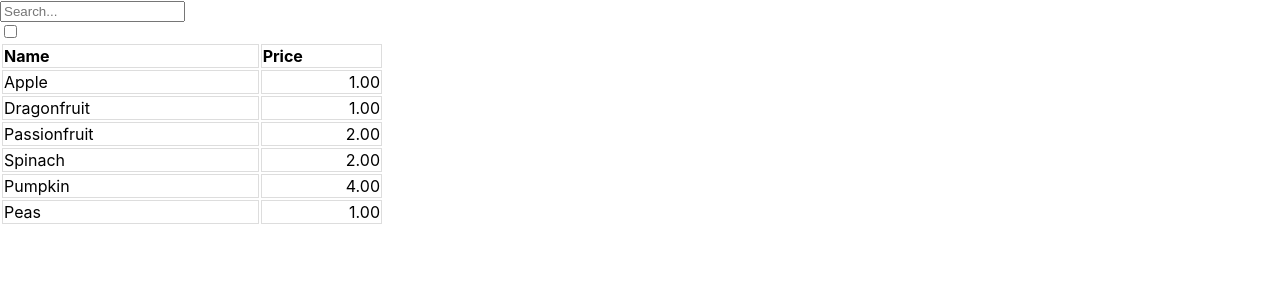
Repository: mariocapitbrok/reactjs-learn
Page: / (app in 05_filtered-data-table/)
These files come from the project's save history. The page is drawn as it stood at one moment and after the next save; the edit follows.
The browser window is 1280 px wide. The pictures show the whole page.
The project was rebuilt for these pictures with package versions that can differ from the ones it lists, and the page was loaded fresh each time.

Above is the page before, as saved 2023-02-26 00:21:58.

After the next save:
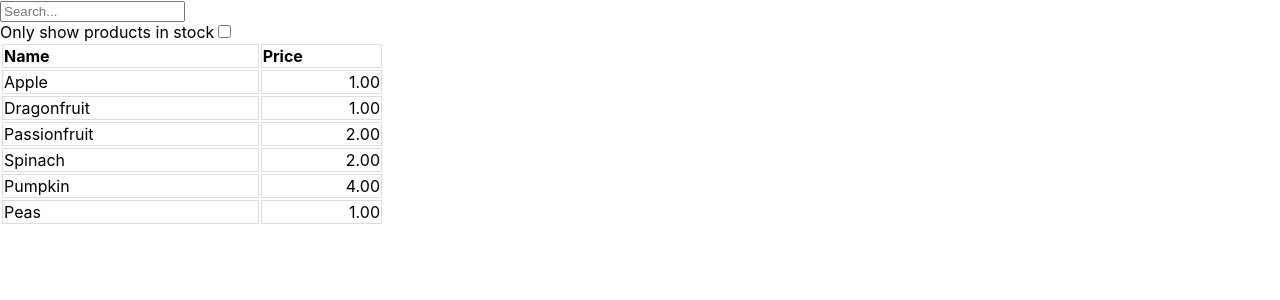
Saved 33 s later.
--- a/05_filtered-data-table/src/components/ToogleOption.jsx
+++ b/05_filtered-data-table/src/components/ToogleOption.jsx
@@ -2,6 +2,7 @@ function ToogleOption() {
   return (
     <div>
       <label>
+        {`Only show products in stock`}
         <input type="checkbox" />
       </label>
     </div>
